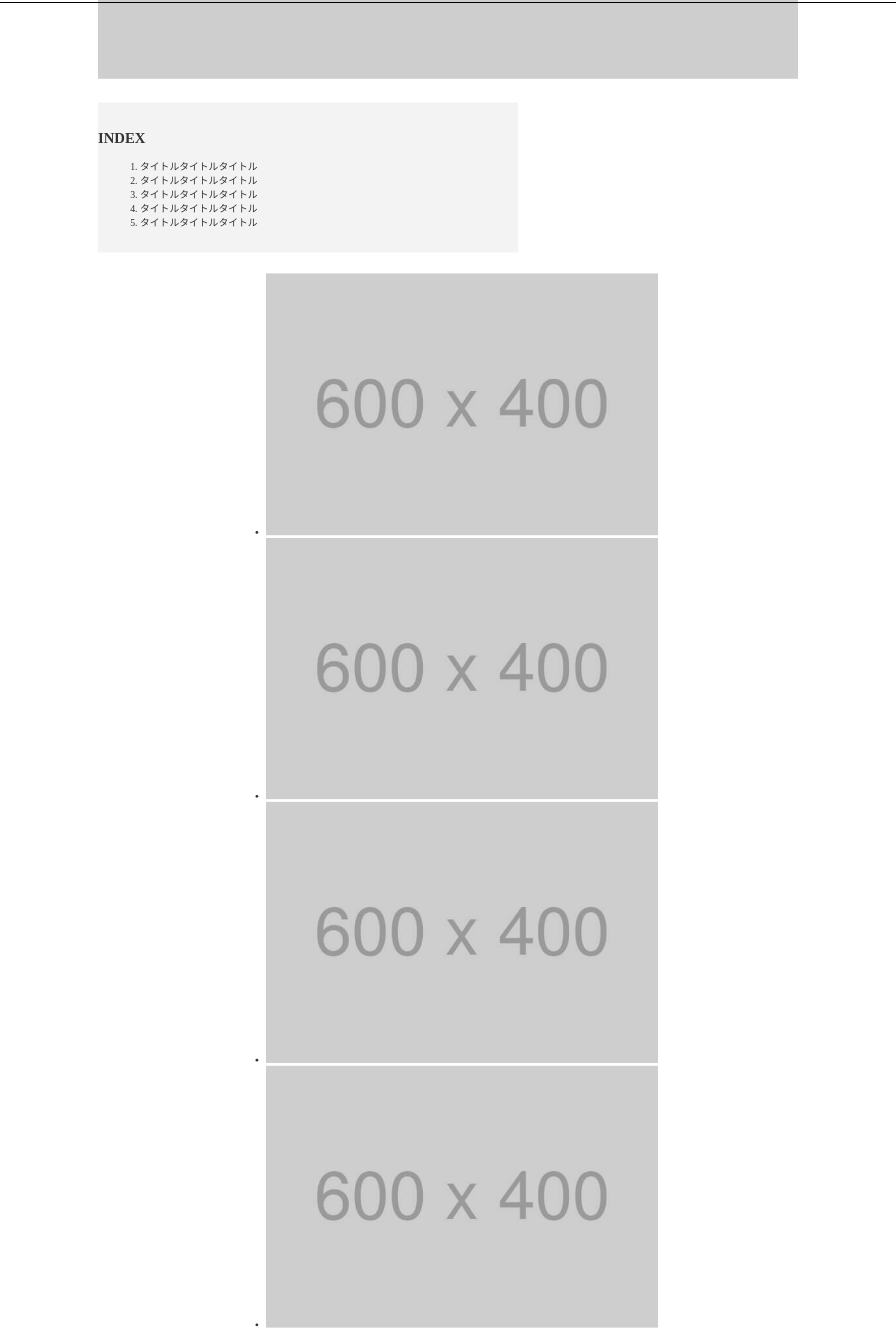
Repository: Fuki-san/photo-book-2
Page: http://localhost/photobook
An editor plug-in stored every save of this project. The page is shown before and after the next save, followed by the edit.
The browser window is 1280 px wide. The pictures show the part of the page from y = 362 to 2282 px (the page is 2587 px tall before and 2627 px after), at 70% of full size.
The page is served by the project's Laravel application, run on PHP 8.4 with Laravel 10. Other server files are loaded and not shown.

Above is the page before, as saved 2023-11-30 11:50:29.

### routes/web.php
<?php

use Illuminate\Support\Facades\Route;

/*
|--------------------------------------------------------------------------
| Web Routes
|--------------------------------------------------------------------------
|
| Here is where you can register web routes for your application. These
| routes are loaded by the RouteServiceProvider and all of them will
| be assigned to the "web" middleware group. Make something great!
|
*/

Route::get('/', function () {
    return view('welcome');
});

Route::get('photobook', function() {
    return view('photobook');
})->name('photobook');

### resources/views/photobook.blade.php
@extends('layouts.main')

@section('title', 'photobook')

@section('content')
    <div class="container">
        <header id="header">
            <h1 class="site-title"><a href="#"><img src="img/logo.svg" alt=""></a></h1>
        </header>

        <main>

            <div id="mainvisual">
                <img src="img/mainvisual.jpg" alt="">
            </div>

            <section id="index">
                <div class="inner">
                    <h2 class="sec-title">INDEX</h2>
                    <div class="index-inner">
                        <ol class="index-list">
                            <li>タイトルタイトルタイトル</li>
                            <li>タイトルタイトルタイトル</li>
                            <li>タイトルタイトルタイトル</li>
                            <li>タイトルタイトルタイトル</li>
                            <li>タイトルタイトルタイトル</li>
                        </ol>
                    </div>
                </div>
            </section>

                <div class="inner">
                    <ul class="list">
                        <li><img src="img/photo1.jpg" alt=""></li>
                        <li><img src="img/photo2.jpg" alt=""></li>
                        <li><img src="img/photo3.jpg" alt=""></li>
                        <li><img src="img/photo4.jpg" alt=""></li>
                    </ul>
                </div>

            <section id="detail">
                <div class="inner">
                    <h2 class="sec-title">DETAIL</h2>
                    <div class="flex">
                        <dl>
                            <dt>著者 : </dt>
                            <dd>タイトルタイトルタイトル</dd>
                            <dt>出版社 : </dt>
                            <dd>タイトルタイトルタイトル</dd>
                            <dt>発行年 : </dt>
                            <dd>2021年1月1日</dd>
                        </dl>
                        <div class="text">
                            <p>テキストテキストテキストテキストテキストテキストテキストテキスト</p>
                            <p>テキストテキストテキストテキストテキストテキストテキストテキスト</p>
                            <a href="#" class="link" target="_blank" rel="noopener noreferrer">オンラインストアで見る</a>
                        </div>
                    </div>
                </div>
            </section>
        </main>

        <footer id="footer">
            <p>&copy; 2021 PHOTO BOOK 2</p>
        </footer>

    </div>
@endsection

### resources/views/layouts/main.blade.php
<!DOCTYPE html>
<html lang="ja">
<head>
    <meta charset="UTF-8">
    <meta name="viewport" content="width=device-width, initial-scale=1.0">
    <meta http-equiv="X-UA-Compatible" content="ie=edge">
    <link rel="stylesheet" href="{{ asset('css/reset.css') }}">
    <link rel="stylesheet" href="{{ asset('css/style.css') }}">
    <link rel="icon" href="img/favicon.ico">
    <title>@yield('title')</title>
</head>
<body>
    @yield('content')
</body>
</html>

### public/css/style.css
@charset "utf-8";

html{
    font-size: 100%;
}
body{
    color: #333;
    font-size: 0.875rem;
}
img{
    max-width: 100%;
}
.container{
    max-width: 1000px;
    margin: 0 auto;
}
.inner{
    margin: 0 auto;
    max-width: 600px;
}

/* header */
#header{
    margin: 40px 0 10px 0;
}
#header .site-title{
    width: 160px;
    line-height: 1px;
}
#header .site-title a{
    display: block;
}
/* indexx */
#index .inner{
    background-color: #f3f3f3;
    padding: 20px 0;
    margin: 30px 0;
}

#index .index-list{
    margin-left: 20px;
}

### public/img/logo.svg
<?xml version="1.0" encoding="utf-8"?>
<!-- Generator: Adobe Illustrator 15.1.0, SVG Export Plug-In . SVG Version: 6.00 Build 0)  -->
<!DOCTYPE svg PUBLIC "-//W3C//DTD SVG 1.1//EN" "http://www.w3.org/Graphics/SVG/1.1/DTD/svg11.dtd">
<svg version="1.1" id="レイヤー_1" xmlns="http://www.w3.org/2000/svg" xmlns:xlink="http://www.w3.org/1999/xlink" x="0px"
	 y="0px" width="1600px" height="156px" viewBox="0 0 1600 156" enable-background="new 0 0 1600 156" xml:space="preserve">
<g>
	<path fill="#333333" d="M0,152.092V2.65h56.373c9.92,0,17.498,0.477,22.731,1.428c7.34,1.223,13.49,3.552,18.451,6.982
		c4.96,3.433,8.953,8.241,11.978,14.425c3.022,6.185,4.536,12.98,4.536,20.387c0,12.709-4.043,23.463-12.129,32.264
		c-8.09,8.802-22.699,13.202-43.834,13.202h-38.33v60.754H0z M19.775,73.702h38.636c12.775,0,21.847-2.379,27.217-7.136
		c5.369-4.757,8.053-11.451,8.053-20.082c0-6.252-1.581-11.604-4.741-16.056c-3.16-4.45-7.324-7.391-12.487-8.817
		c-3.33-0.883-9.481-1.325-18.452-1.325H19.775V73.702z"/>
	<path fill="#333333" d="M139.859,152.092V2.65h19.776v61.367h77.677V2.65h19.775v149.441h-19.775V81.652h-77.677v70.439H139.859z"
		/>
	<path fill="#333333" d="M288.174,79.309c0-24.805,6.66-44.224,19.98-58.258C321.473,7.019,338.667,0,359.735,0
		c13.795,0,26.232,3.298,37.309,9.889c11.076,6.593,19.521,15.784,25.332,27.574c5.811,11.791,8.716,25.163,8.716,40.112
		c0,15.155-3.059,28.713-9.175,40.674c-6.116,11.961-14.781,21.016-25.993,27.166c-11.214,6.15-23.311,9.226-36.291,9.226
		c-14.067,0-26.641-3.398-37.717-10.194c-11.079-6.794-19.471-16.071-25.179-27.829C291.029,104.86,288.174,92.425,288.174,79.309z
		 M308.562,79.614c0,18.01,4.843,32.197,14.527,42.559c9.684,10.364,21.831,15.546,36.442,15.546
		c14.884,0,27.131-5.231,36.75-15.699c9.615-10.464,14.423-25.313,14.423-44.546c0-12.165-2.057-22.784-6.167-31.856
		c-4.112-9.071-10.126-16.106-18.043-21.101c-7.917-4.995-16.804-7.493-26.656-7.493c-14,0-26.046,4.81-36.137,14.425
		C313.608,41.065,308.562,57.121,308.562,79.614z"/>
	<path fill="#333333" d="M490.425,152.092V20.286h-49.237V2.65h118.451v17.636h-49.439v131.806H490.425z"/>
	<path fill="#333333" d="M570.14,79.309c0-24.805,6.658-44.224,19.979-58.258C603.438,7.019,620.632,0,641.7,0
		c13.794,0,26.23,3.298,37.309,9.889c11.076,6.593,19.522,15.784,25.331,27.574c5.813,11.791,8.717,25.163,8.717,40.112
		c0,15.155-3.059,28.713-9.176,40.674c-6.114,11.961-14.779,21.016-25.992,27.166s-23.311,9.226-36.291,9.226
		c-14.068,0-26.641-3.398-37.717-10.194c-11.078-6.794-19.47-16.071-25.179-27.829C572.994,104.86,570.14,92.425,570.14,79.309z
		 M590.526,79.614c0,18.01,4.843,32.197,14.527,42.559c9.685,10.364,21.83,15.546,36.442,15.546
		c14.883,0,27.132-5.231,36.748-15.699c9.615-10.464,14.424-25.313,14.424-44.546c0-12.165-2.057-22.784-6.166-31.856
		c-4.113-9.071-10.127-16.106-18.043-21.101c-7.918-4.995-16.804-7.493-26.658-7.493c-14,0-26.044,4.81-36.136,14.425
		C595.572,41.065,590.526,57.121,590.526,79.614z"/>
	<path fill="#333333" d="M812.43,152.092V2.65h56.066c11.416,0,20.573,1.514,27.472,4.537c6.896,3.024,12.3,7.68,16.209,13.966
		c3.907,6.286,5.861,12.861,5.861,19.724c0,6.39-1.732,12.404-5.198,18.044c-3.467,5.641-8.7,10.193-15.7,13.659
		c9.039,2.65,15.987,7.172,20.848,13.558c4.857,6.389,7.289,13.933,7.289,22.631c0,7-1.479,13.506-4.435,19.521
		c-2.957,6.016-6.612,10.652-10.958,13.915c-4.352,3.261-9.806,5.726-16.363,7.391c-6.558,1.666-14.593,2.497-24.106,2.497H812.43z
		 M832.206,65.444h32.313c8.768,0,15.053-0.576,18.859-1.733c5.027-1.493,8.818-3.975,11.366-7.439
		c2.548-3.468,3.822-7.815,3.822-13.049c0-4.961-1.188-9.328-3.567-13.099c-2.38-3.773-5.776-6.354-10.192-7.748
		c-4.419-1.393-11.997-2.09-22.733-2.09h-29.868V65.444z M832.206,134.457h37.208c6.386,0,10.872-0.237,13.455-0.715
		c4.552-0.814,8.358-2.173,11.417-4.077c3.058-1.901,5.571-4.672,7.544-8.308c1.971-3.634,2.956-7.832,2.956-12.589
		c0-5.571-1.428-10.414-4.281-14.526c-2.854-4.111-6.814-6.999-11.876-8.665c-5.063-1.664-12.354-2.497-21.865-2.497h-34.558
		V134.457z"/>
	<path fill="#333333" d="M946.479,79.309c0-24.805,6.659-44.224,19.979-58.258C979.776,7.019,996.972,0,1018.039,0
		c13.794,0,26.23,3.298,37.309,9.889c11.077,6.593,19.521,15.784,25.331,27.574c5.812,11.791,8.717,25.163,8.717,40.112
		c0,15.155-3.058,28.713-9.175,40.674s-14.781,21.016-25.994,27.166s-23.311,9.226-36.29,9.226
		c-14.068,0-26.641-3.398-37.717-10.194c-11.078-6.794-19.47-16.071-25.18-27.829C949.332,104.86,946.479,92.425,946.479,79.309z
		 M966.865,79.614c0,18.01,4.842,32.197,14.526,42.559c9.685,10.364,21.83,15.546,36.442,15.546
		c14.884,0,27.133-5.231,36.749-15.699c9.615-10.464,14.424-25.313,14.424-44.546c0-12.165-2.057-22.784-6.166-31.856
		c-4.113-9.071-10.127-16.106-18.044-21.101c-7.917-4.995-16.803-7.493-26.657-7.493c-14.001,0-26.044,4.81-36.136,14.425
		C971.91,41.065,966.865,57.121,966.865,79.614z"/>
	<path fill="#333333" d="M1108.865,79.309c0-24.805,6.66-44.224,19.979-58.258C1142.163,7.019,1159.357,0,1180.426,0
		c13.794,0,26.23,3.298,37.31,9.889c11.076,6.593,19.521,15.784,25.332,27.574c5.811,11.791,8.715,25.163,8.715,40.112
		c0,15.155-3.059,28.713-9.175,40.674c-6.115,11.961-14.779,21.016-25.993,27.166s-23.312,9.226-36.29,9.226
		c-14.068,0-26.642-3.398-37.719-10.194c-11.078-6.794-19.469-16.071-25.177-27.829
		C1111.719,104.86,1108.865,92.425,1108.865,79.309z M1129.254,79.614c0,18.01,4.842,32.197,14.525,42.559
		c9.684,10.364,21.831,15.546,36.442,15.546c14.882,0,27.131-5.231,36.749-15.699c9.615-10.464,14.424-25.313,14.424-44.546
		c0-12.165-2.057-22.784-6.167-31.856c-4.113-9.071-10.127-16.106-18.043-21.101c-7.917-4.995-16.804-7.493-26.658-7.493
		c-13.999,0-26.044,4.81-36.135,14.425C1134.298,41.065,1129.254,57.121,1129.254,79.614z"/>
	<path fill="#333333" d="M1276.45,152.092V2.65h19.776V76.76l74.211-74.109h26.81l-62.691,60.552l65.444,88.89h-26.096
		l-53.213-75.638l-24.465,23.854v51.784H1276.45z"/>
</g>
<path fill="#333333" d="M1588.863,134.712v17.636h-98.777c-0.138-4.417,0.575-8.665,2.14-12.743
	c2.514-6.728,6.54-13.354,12.079-19.878c5.539-6.523,13.541-14.067,24.008-22.63c16.242-13.319,27.218-23.87,32.926-31.652
	c5.709-7.78,8.563-15.138,8.563-22.069c0-7.271-2.601-13.405-7.799-18.4c-5.199-4.995-11.978-7.492-20.337-7.492
	c-8.835,0-15.902,2.65-21.203,7.951s-7.986,12.641-8.053,22.019l-18.859-1.937c1.29-14.067,6.149-24.787,14.577-32.162
	c8.427-7.373,19.741-11.061,33.946-11.061c14.338,0,25.688,3.976,34.048,11.927c8.358,7.951,12.538,17.807,12.538,29.563
	c0,5.981-1.224,11.86-3.67,17.636c-2.446,5.776-6.508,11.86-12.182,18.247c-5.676,6.389-15.104,15.155-28.288,26.3
	c-11.009,9.243-18.078,15.513-21.203,18.808c-3.127,3.298-5.708,6.61-7.747,9.939H1588.863z"/>
</svg>

After the next save:
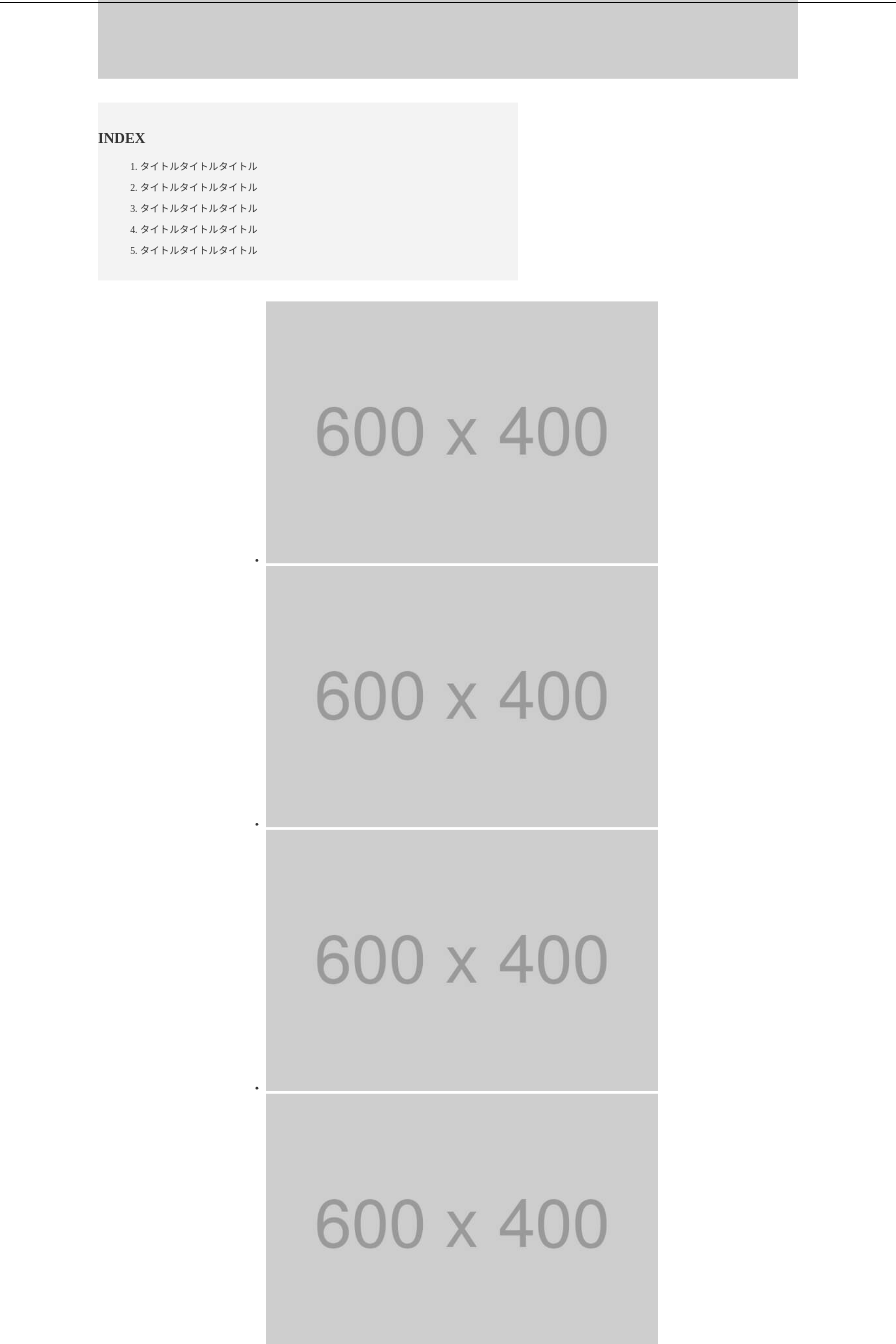
Saved 5 s later.
--- a/public/css/style.css
+++ b/public/css/style.css
@@ -40,3 +40,6 @@
 #index .index-list{
     margin-left: 20px;
 }
+#index .index-list li{
+    margin-bottom: 10px;
+}
